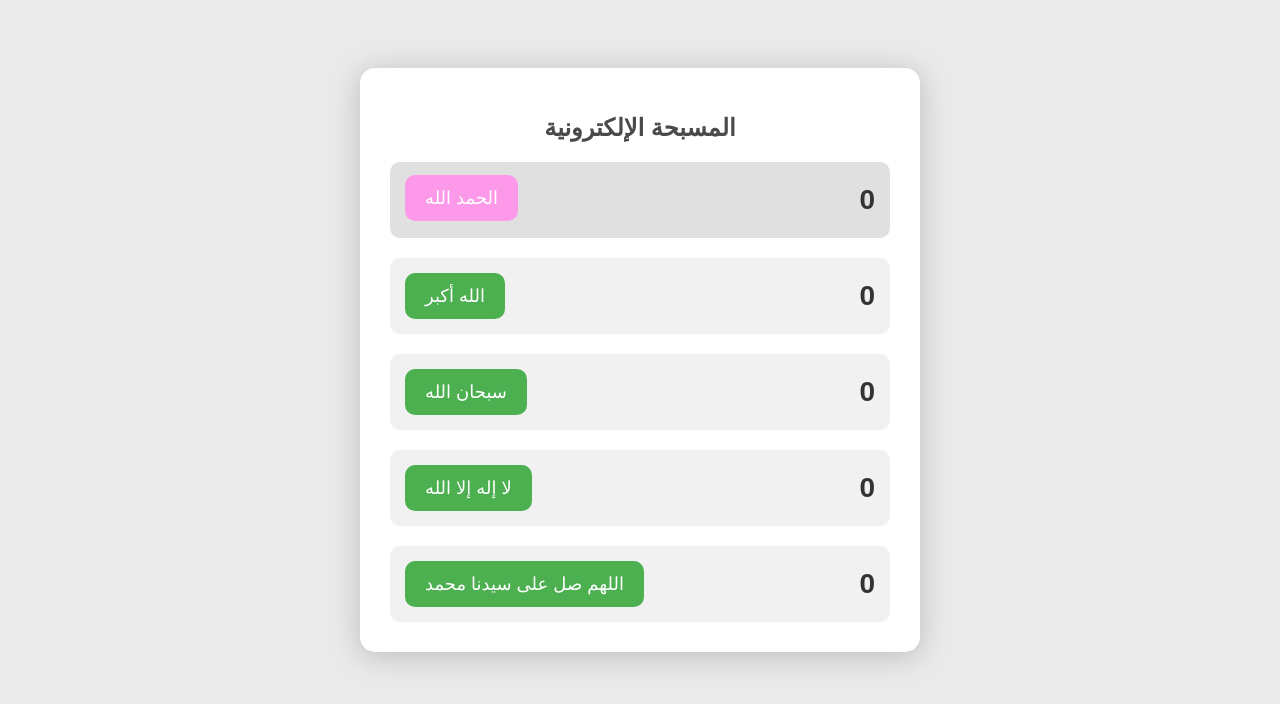
Repository: ShahdKItany/Electronic-Rosary
Page: index.html
The author's editor kept a copy of each file at every save. The page is drawn from the files as they stood at one save, then again after a run of saves.
The browser window is 1280 px wide. The pictures show the whole page.
The pointer rests on the first visible `button`.

Above is the page before, as saved 2024-10-23 00:52:58.

After the next 2 saves:
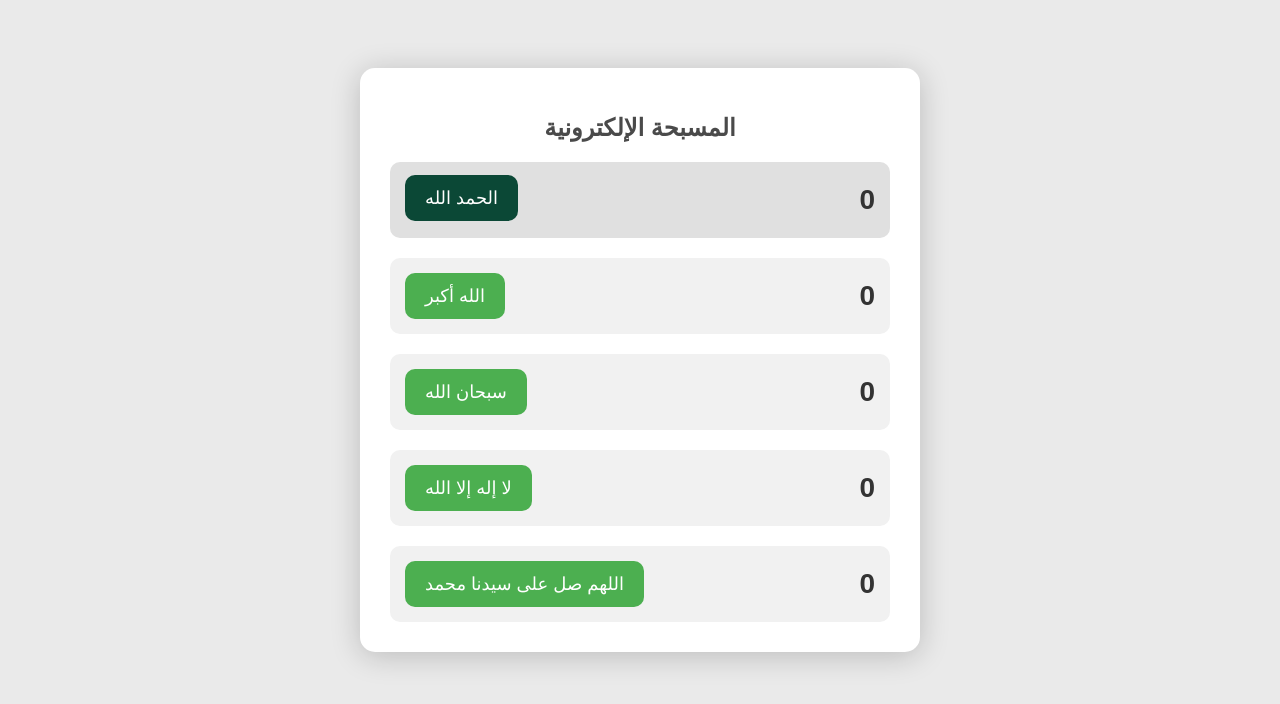
The 2 saves are shown as one change because they came seconds apart.
The last was saved 16 s later.
--- a/styles.css
+++ b/styles.css
@@ -57,7 +57,7 @@ body {
   }
 
   button:hover {
-    background-color: #fd99e9;
+    background-color: #0b4836;
     transform: translateY(-2px);
   }
 
